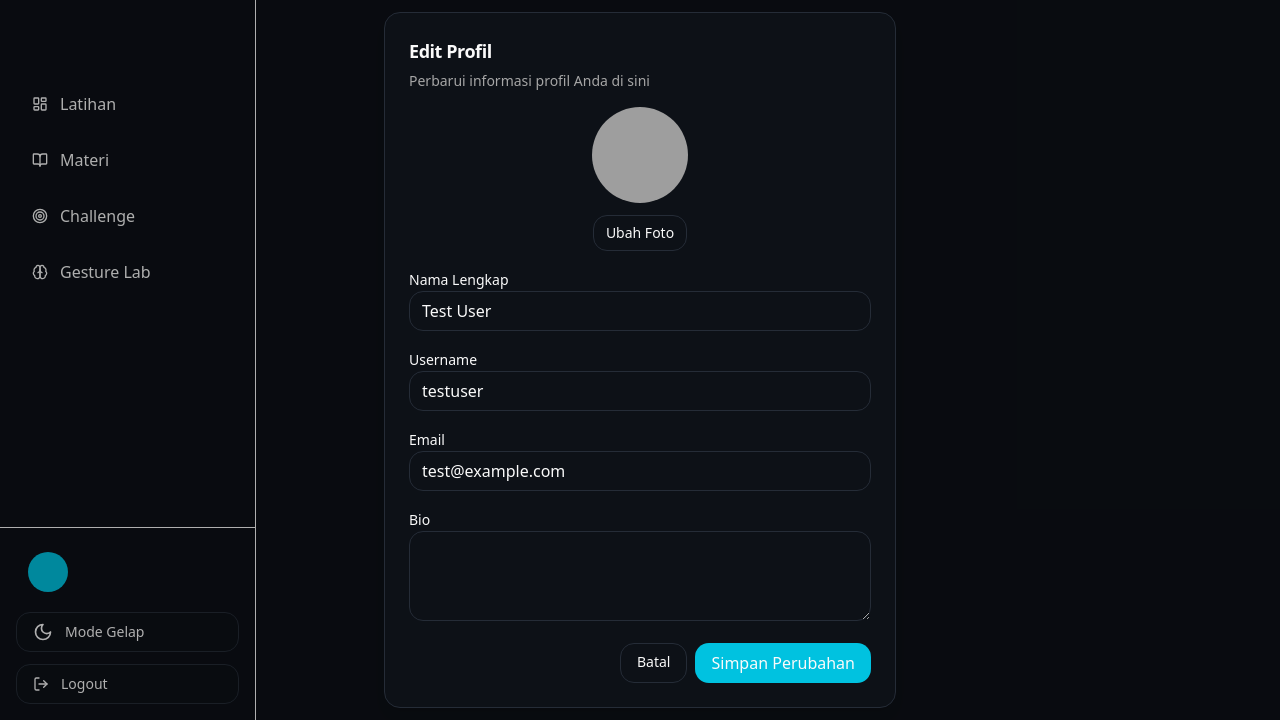
Repository: Tisna7/GESTURA
Page: http://localhost/profile/edit
An editor plug-in stored every save of this project. The page is shown before and after the next save, followed by the edit.
The browser window is 1280 px wide. The pictures show the whole page.
Pictures or frames that could not be fetched are drawn as grey boxes. The page is served by the project's Laravel application, run on PHP 8.4 with Laravel 12. A made-up administrator, Test User (test@example.com), is signed in. Other server files are loaded and not shown. Style sheets and scripts are compiled from the project's sources, by tool versions that may differ from the author's.

Above is the page before, as saved 2025-11-23 14:30:44.

### app/Providers/AppServiceProvider.php
<?php

namespace App\Providers;

use Illuminate\Support\ServiceProvider;

class AppServiceProvider extends ServiceProvider
{
    /**
     * Register any application services.
     */
    public function register(): void
    {

    }

    /**
     * Bootstrap any application services.
     */
    public function boot(): void
    {

    }
}

### routes/web.php
<?php

use Illuminate\Support\Facades\Route;
use App\Http\Controllers\AuthController;
use App\Http\Controllers\ProfileController;

Route::get('/', function () {
    return view('landingpage');
});

Route::get('/auth', [AuthController::class, 'showPage'])->name('auth.page');

// Route::post('/register', [AuthController::class, 'register'])->name('register');

// Route::post('/login', [AuthController::class, 'login'])->name('login');
// Route::post('/logout', [AuthController::class, 'logout'])->name('logout');


// REGISTER
Route::post('/register', [AuthController::class, 'register'])->name('auth.register');

// LOGIN
Route::post('/login', [AuthController::class, 'login'])->name('auth.login');

// LOGIN GUEST
Route::get('/login/guest', [AuthController::class, 'loginGuest'])->name('auth.guest');

// LOGOUT
Route::get('/logout', [AuthController::class, 'logout'])->name('auth.logout');


Route::get('/profile/edit', [ProfileController::class, 'edit'])->name('profile.edit');
Route::post('/profile/update', [ProfileController::class, 'update'])->name('profile.update');


Route::get('/profile', function () {
    return view('user.profile');
});
Route::get('/materi', function () {
    return view('user.materi');
});
Route::get('/gesturelab', function () {
    return view('user.gesture-lab-practice');
});
Route::get('/gesture-lab-translate', function () {
    return view('user.gesture-lab-translate');
});
Route::get('/materi-isi', function () {
    return view('user.materi-isi');
});
Route::get('/latihan', function () {
    return view('user.quiz');
});
Route::get('/Challenge', function () {
    return view('user.challenge');
});
Route::get('/Challenge-isi', function () {
    return view('user.challenge-isi');
});

### app/Http/Controllers/ProfileController.php
<?php

namespace App\Http\Controllers;

use Illuminate\Http\Request;
use Illuminate\Support\Facades\Auth;

class ProfileController extends Controller
{
    public function edit()
    {
        $user = Auth::user();
        return view('user.profile-edit', compact('user'));
    }

    public function update(Request $request)
    {
        $request->validate([
            'name'     => 'required|string|max:255',
            'username' => 'required|string|max:255|unique:users,username,' . Auth::id(),
            'bio'      => 'nullable|string|max:255',
        ]);

        $user = Auth::user();

        $user->update([
            'name'     => $request->name,
            'username' => $request->username,
            'bio'      => $request->bio,
        ]);

        return back()->with('success', 'Profile berhasil diperbarui!');
    }
}

### resources/views/user/profile-edit.blade.php
@extends('app')
@section('title', 'Edit Profil')

@section('content')

{{-- Sidebar --}}
<x-sidebar-user></x-sidebar-user>

{{-- Konten Halaman --}}
<div class="ml-[16rem] p-6">
    {{-- (optional) Isi konten lain di sini --}}
</div>

{{-- ======================== MODAL ======================== --}}
<div class="fixed inset-0 z-50 flex items-center justify-center bg-black/30">

    <div class="w-full max-w-lg bg-background border p-6 shadow-lg rounded-lg animate-in fade-in zoom-in">

        {{-- Header --}}
        <div class="flex flex-col space-y-1.5 text-center sm:text-left">
            <h2 class="text-lg font-semibold">Edit Profil</h2>
            <p class="text-sm text-muted-foreground">Perbarui informasi profil Anda di sini</p>
        </div>

        {{-- Form --}}
        <form action="{{ route('profile.update') }}" method="POST" class="mt-4">
            @csrf

            {{-- FOTO --}}
            <div class="flex flex-col items-center gap-3 mb-4">
                <span class="relative flex overflow-hidden rounded-full h-24 w-24 border-4 border-primary/20">
                    <img class="h-full w-full object-cover"
                         src="https://api.dicebear.com/7.x/avataaars/svg?seed={{ $user->username ?? 'user' }}">
                </span>

                <button type="button"
                    class="inline-flex items-center gap-2 border rounded-md h-9 px-3 text-sm hover:bg-accent hover:text-accent-foreground">
                     Ubah Foto
                </button>
            </div>

            {{-- INPUT --}}
            <div class="space-y-4">

                <div>
                    <label class="text-sm font-medium">Nama Lengkap</label>
                    <input type="text" name="name"
                        value="{{ old('name', $user->name) }}"
                        class="w-full h-10 rounded-md border px-3 py-2">
                </div>

                <div>
                    <label class="text-sm font-medium">Username</label>
                    <input type="text" name="username"
                        value="{{ old('username', $user->username) }}"
                        class="w-full h-10 rounded-md border px-3 py-2">
                </div>

                <div>
                    <label class="text-sm font-medium">Email</label>
                    <input type="email" name="email"
                        value="{{ old('email', $user->email) }}"
                        class="w-full h-10 rounded-md border px-3 py-2">
                </div>

                <div>
                    <label class="text-sm font-medium">Bio</label>
                    <textarea name="bio" rows="3"
                        class="w-full rounded-md border px-3 py-2">{{ old('bio', $user->bio) }}</textarea>
                </div>

            </div>

            {{-- BUTTONS --}}
            <div class="flex justify-end gap-2 pt-4">
                <a href="/profile"
                    class="border rounded-md px-4 py-2 text-sm hover:bg-accent">
                    Batal
                </a>
<a href="/profile">
                <button type="submit"
                    class="bg-primary text-white rounded-md px-4 py-2 hover:bg-primary/90">
                    Simpan Perubahan
                </button>
            </div>
</a>
        </form>

    </div>
</div>

@endsection

### resources/views/components/sidebar-user.blade.php
@php
    use Illuminate\Support\Facades\Auth;
@endphp



<aside
    class="fixed top-0 left-0 h-full bg-sidebar border-r border-sidebar-border shadow-medium z-40 transition-transform duration-300 -translate-x-full lg:translate-x-0 w-64">
    <div class="flex flex-col h-full">

        {{-- LOGO --}}
        <div class="hidden lg:flex items-center gap-2 p-6 border-b border-sidebar-border">
            <div class="w-10 h-10 rounded-full bg-gradient-hero flex items-center justify-center shadow-soft">
                <img src="{{ asset('images/logo.png') }}" alt="MindCare Logo" class="w-8 h-8">
            </div>
            <div>
                <span class="text-xl font-bold bg-gradient-to-r from-primary to-accent bg-clip-text text-transparent block">
                    MindCare
                </span>
            </div>
        </div>

        {{-- MENU --}}
        <nav class="flex-1 p-4 space-y-2 overflow-y-auto mt-16 lg:mt-0">

            {{-- Latihan --}}
            <a class="{{ request()->is('latihan') ? 'bg-sidebar-accent text-sidebar-accent-foreground font-medium shadow-soft'
                : 'text-sidebar-foreground hover:bg-sidebar-accent/50' }}
                flex items-center gap-3 px-4 py-3 rounded-xl transition-smooth"
                href="/latihan">

                <svg xmlns="http://www.w3.org/2000/svg" viewBox="0 0 24 24"
                    fill="none" stroke="currentColor" stroke-width="2"
                    stroke-linecap="round" stroke-linejoin="round"
                    class="lucide lucide-layout-dashboard w-4 h-4">
                    <rect width="7" height="9" x="3" y="3" rx="1"></rect>
                    <rect width="7" height="5" x="14" y="3" rx="1"></rect>
                    <rect width="7" height="9" x="14" y="12" rx="1"></rect>
                    <rect width="7" height="5" x="3" y="16" rx="1"></rect>
                </svg>

                <span>Latihan</span>
            </a>

            {{-- Materi --}}
            <a class="{{ request()->is('materi') ? 'bg-sidebar-accent text-sidebar-accent-foreground font-medium shadow-soft'
                : 'text-sidebar-foreground hover:bg-sidebar-accent/50' }}
                flex items-center gap-3 px-4 py-3 rounded-xl transition-smooth"
                href="/materi">

                <svg xmlns="http://www.w3.org/2000/svg" viewBox="0 0 24 24"
                    fill="none" stroke="currentColor" stroke-width="2"
                    stroke-linecap="round" stroke-linejoin="round"
                    class="lucide lucide-book-open w-4 h-4">
                    <path d="M12 7v14"></path>
                    <path
                        d="M3 18a1 1 0 0 1-1-1V4a1 1 0 0 1 1-1h5a4 4 0 0 1 4 4 4 4 0 0 1 4-4h5a1 1 0 0 1 1 1v13a1 1 0 0 1-1 1h-6a3 3 0 0 0-3 3 3 3 0 0 0-3-3z">
                    </path>
                </svg>

                <span>Materi</span>
            </a>

            {{-- Challenge --}}
            <a class="{{ request()->is('Challenge') ? 'bg-sidebar-accent text-sidebar-accent-foreground font-medium shadow-soft'
                : 'text-sidebar-foreground hover:bg-sidebar-accent/50' }}
                flex items-center gap-3 px-4 py-3 rounded-xl transition-smooth"
                href="/Challenge">

                <svg xmlns="http://www.w3.org/2000/svg" viewBox="0 0 24 24"
                    fill="none" stroke="currentColor" stroke-width="2"
                    stroke-linecap="round" stroke-linejoin="round"
                    class="lucide lucide-target w-4 h-4">
                    <circle cx="12" cy="12" r="10"></circle>
                    <circle cx="12" cy="12" r="6"></circle>
                    <circle cx="12" cy="12" r="2"></circle>
                </svg>

                <span>Challenge</span>
            </a>

            {{-- Gesture Lab --}}
            <a class="{{ request()->is('gesturelab') ? 'bg-sidebar-accent text-sidebar-accent-foreground font-medium shadow-soft'
                : 'text-sidebar-foreground hover:bg-sidebar-accent/50' }}
                flex items-center gap-3 px-4 py-3 rounded-xl transition-smooth"
                href="/gesturelab">

                <svg xmlns="http://www.w3.org/2000/svg" viewBox="0 0 24 24"
                    fill="none" stroke="currentColor" stroke-width="2"
                    stroke-linecap="round" stroke-linejoin="round"
                    class="lucide lucide-brain w-4 h-4">

                    <path d="M12 5a3 3 0 1 0-5.997.125 4 4 0 0 0-2.526 5.77 4 4 0 0 0 .556 6.588A4 4 0 1 0 12 18Z"></path>
                    <path d="M12 5a3 3 0 1 1 5.997.125 4 4 0 0 1 2.526 5.77 4 4 0 0 1-.556 6.588A4 4 0 1 1 12 18Z"></path>
                    <path d="M15 13a4.5 4.5 0 0 1-3-4 4.5 4.5 0 0 1-3 4"></path>

                </svg>

                <span>Gesture Lab</span>
            </a>
        </nav>

        {{-- BOTTOM SECTION --}}
        <div class="p-4 border-t border-sidebar-border space-y-3">

            {{-- User Button --}}
            <button
                class="w-full flex items-center gap-3 px-3 py-2 rounded-xl hover:bg-sidebar-accent transition-smooth"
                type="button">
                <span class="relative flex items-center justify-center shrink-0 overflow-hidden rounded-full w-10 h-10 bg-primary"></span>
                <div class="flex-1 text-left">
                    <p class="text-sm font-medium text-sidebar-foreground"></p>
                    <p class="text-xs text-muted-foreground"></p>
                </div>
            </button>

            {{-- Mode Gelap --}}
            <button
                class="inline-flex items-center whitespace-nowrap rounded-md text-sm font-medium border border-input bg-background hover:bg-accent hover:text-accent-foreground h-10 px-4 py-2 w-full justify-start gap-3 hover:bg-accent transition-smooth">
                <svg xmlns="http://www.w3.org/2000/svg" viewBox="0 0 24 24"
                    fill="none" stroke="currentColor" stroke-width="2"
                    stroke-linecap="round" stroke-linejoin="round"
                    class="lucide lucide-moon w-4 h-4">
                    <path d="M12 3a6 6 0 0 0 9 9 9 9 0 1 1-9-9Z"></path>
                </svg>
                <span>Mode Gelap</span>
            </button>

            {{-- Logout --}}
            <form action="" method="POST">
                @csrf
                <button type="submit"
                    class="inline-flex items-center whitespace-nowrap rounded-md text-sm font-medium border border-input bg-background hover:bg-accent hover:text-accent-foreground h-10 px-4 py-2 w-full justify-start gap-3">

                    <svg xmlns="http://www.w3.org/2000/svg" viewBox="0 0 24 24"
                        fill="none" stroke="currentColor" stroke-width="2"
                        stroke-linecap="round" stroke-linejoin="round"
                        class="lucide lucide-log-out w-4 h-4">
                        <path d="M9 21H5a2 2 0 0 1-2-2V5a2 2 0 0 1 2-2h4"></path>
                        <polyline points="16 17 21 12 16 7"></polyline>
                        <line x1="21" x2="9" y1="12" y2="12"></line>
                    </svg>

                    <span>Logout</span>
                </button>
            </form>

        </div>
    </div>
</aside>




<script>
    const html = document.documentElement;
    const toggleDark = document.querySelector('.hover\\:bg-accent'); // tombol "Mode Gelap"
    const icon = toggleDark.querySelector('svg');
    const label = toggleDark.querySelector('span');

    // Cek tema yang tersimpan
    const storedTheme = localStorage.getItem("theme");
    const systemPrefersDark = window.matchMedia("(prefers-color-scheme: dark)").matches;

    // Fungsi ubah tema
    function setTheme(dark) {
        if (dark) {
            html.classList.add("dark");
            localStorage.setItem("theme", "dark");
            label.textContent = "Mode Terang";
            icon.outerHTML = `
        <svg xmlns="http://www.w3.org/2000/svg" width="24" height="24"
          viewBox="0 0 24 24" fill="none" stroke="currentColor"
          stroke-width="2" stroke-linecap="round" stroke-linejoin="round"
          class="lucide lucide-sun w-5 h-5">
          <circle cx="12" cy="12" r="4"></circle>
          <path d="M12 2v2"></path>
          <path d="M12 20v2"></path>
          <path d="m4.93 4.93 1.41 1.41"></path>
          <path d="m17.66 17.66 1.41 1.41"></path>
          <path d="M2 12h2"></path>
          <path d="M20 12h2"></path>
          <path d="m6.34 17.66-1.41 1.41"></path>
          <path d="m19.07 4.93-1.41 1.41"></path>
        </svg>`;
        } else {
            html.classList.remove("dark");
            localStorage.setItem("theme", "light");
            label.textContent = "Mode Gelap";
            icon.outerHTML = `
        <svg xmlns="http://www.w3.org/2000/svg" width="24" height="24"
          viewBox="0 0 24 24" fill="none" stroke="currentColor"
          stroke-width="2" stroke-linecap="round" stroke-linejoin="round"
          class="lucide lucide-moon w-5 h-5">
          <path d="M12 3a6 6 0 0 0 9 9 9 9 0 1 1-9-9Z"></path>
        </svg>`;
        }
    }

    // Terapkan tema saat load pertama
    setTheme(storedTheme === "dark" || (!storedTheme && systemPrefersDark));

    // Tambahkan event listener untuk toggle
    toggleDark.addEventListener("click", () => {
        setTheme(!html.classList.contains("dark"));
    });
</script>

### resources/views/app.blade.php
<!DOCTYPE html>
<html lang="id">
<head>
  <meta charset="UTF-8">
  <meta name="viewport" content="width=device-width, initial-scale=1.0">
  <meta name="csrf-token" content="{{ csrf_token() }}">
  <link rel="icon" type="image/png" href="{{ asset('images/logo.png') }}">
  <title>@yield('title', 'GESTURA')</title>

  <!-- Tailwind CSS -->
  {{-- @vite('public/build/app-Lz3KVd0D.css') --}}
  {{-- <!-- @vite('resources/css/app.css') --> --}}
   {{-- <!-- @vite('public/build/assets/app-TBPMHXQo.css') --> --}}

  @vite(['resources/css/app.css', 'resources/css/theme.css'])

  <script defer src="https://cdn.jsdelivr.net/npm/alpinejs@3.x.x/dist/cdn.min.js"></script>

</head>
<body>
  @yield('content')
</body>
</html>

### resources/css/app.css
@import 'tailwindcss';
@import "./theme.css";

@source '../../vendor/laravel/framework/src/Illuminate/Pagination/resources/views/*.blade.php';
@source '../../storage/framework/views/*.php';
@source '../**/*.blade.php';
@source '../**/*.js';

@theme {
    --font-sans: 'Instrument Sans', ui-sans-serif, system-ui, sans-serif, 'Apple Color Emoji', 'Segoe UI Emoji',
        'Segoe UI Symbol', 'Noto Color Emoji';

    --color-background: #ffabcc;
}

Loaded but not shown: app/Models/User.php (common file); app/Http/Controllers/Controller.php (common file); resources/css/theme.css (library)

After the next save:
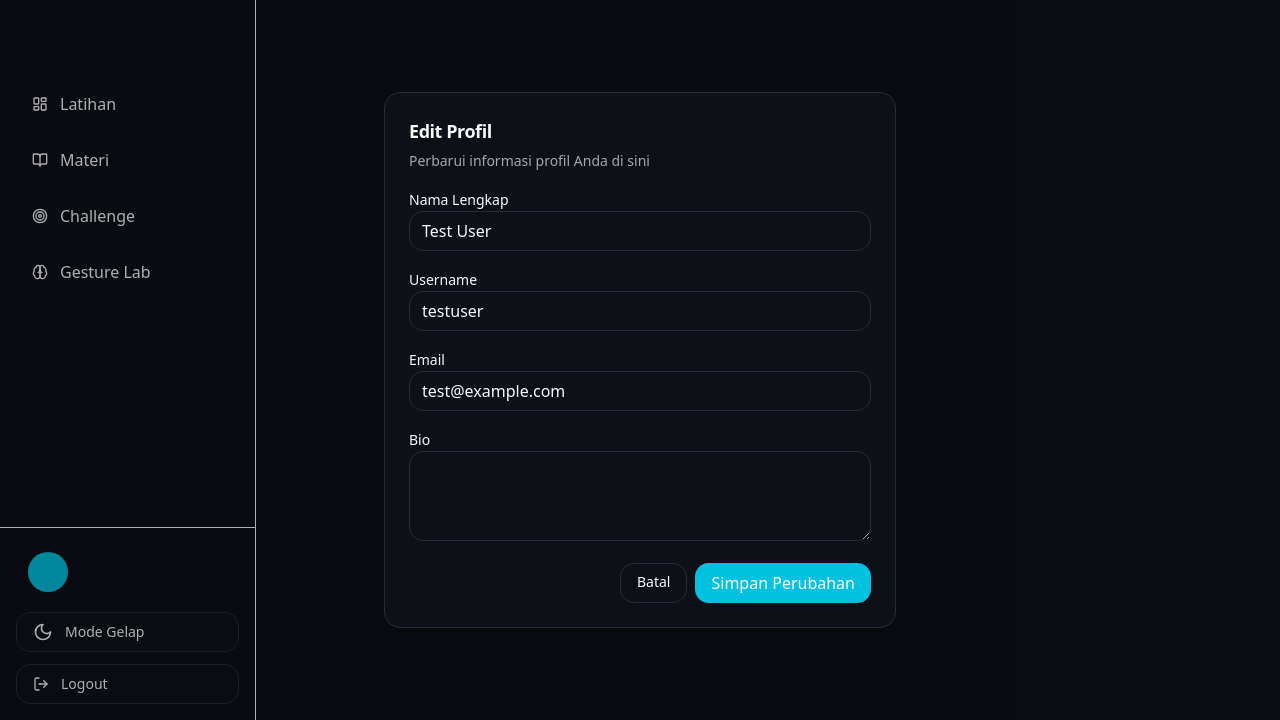
Saved 84 min 5 s later.
--- a/resources/views/user/profile-edit.blade.php
+++ b/resources/views/user/profile-edit.blade.php
@@ -27,17 +27,6 @@
             @csrf
 
             {{-- FOTO --}}
-            <div class="flex flex-col items-center gap-3 mb-4">
-                <span class="relative flex overflow-hidden rounded-full h-24 w-24 border-4 border-primary/20">
-                    <img class="h-full w-full object-cover"
-                         src="https://api.dicebear.com/7.x/avataaars/svg?seed={{ $user->username ?? 'user' }}">
-                </span>
-
-                <button type="button"
-                    class="inline-flex items-center gap-2 border rounded-md h-9 px-3 text-sm hover:bg-accent hover:text-accent-foreground">
-                     Ubah Foto
-                </button>
-            </div>
 
             {{-- INPUT --}}
             <div class="space-y-4">

After the 2 saves that followed:
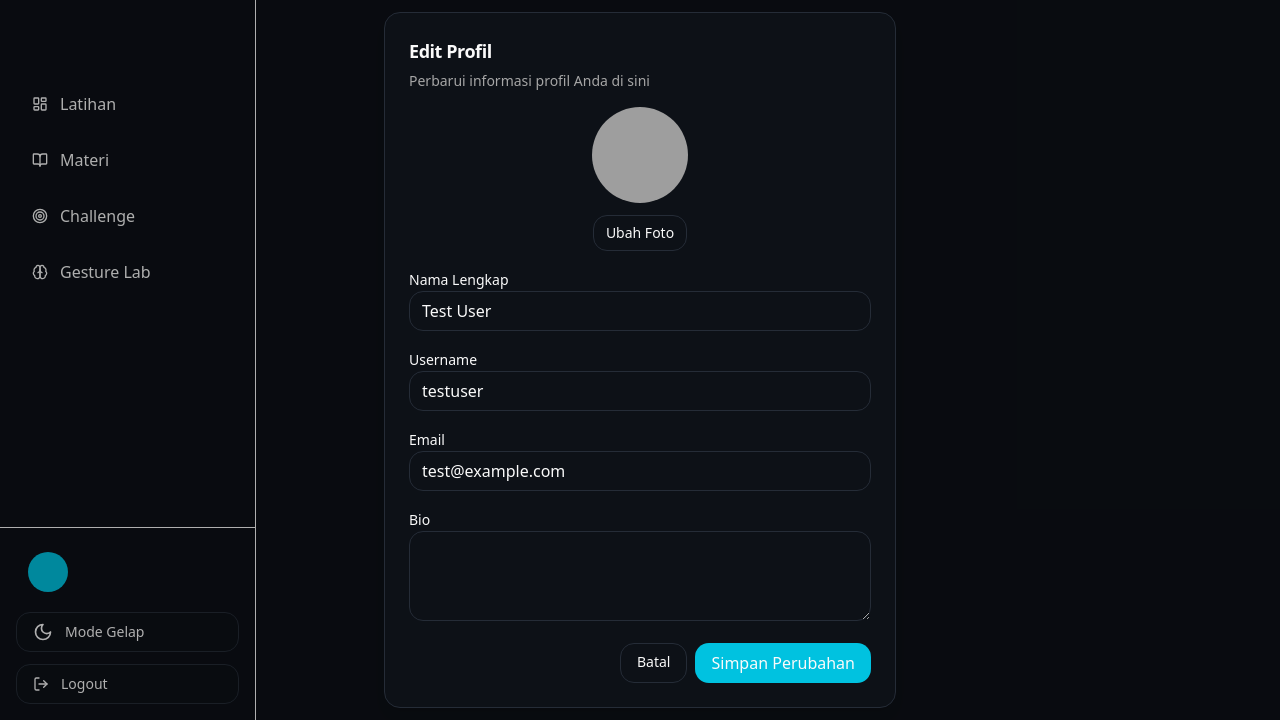
The 2 saves are shown as one change because 1 left the picture as it was.
The last was saved 51 s later.
--- a/resources/views/user/profile-edit.blade.php
+++ b/resources/views/user/profile-edit.blade.php
@@ -27,6 +27,17 @@
             @csrf
 
             {{-- FOTO --}}
+            <div class="flex flex-col items-center gap-3 mb-4">
+                <span class="relative flex overflow-hidden rounded-full h-24 w-24 border-4 border-primary/20">
+                    <img class="h-full w-full object-cover"
+                         src="https://api.dicebear.com/7.x/avataaars/svg?seed={{ $user->username ?? 'user' }}">
+                </span>
+
+                <button type="button"
+                    class="inline-flex items-center gap-2 border rounded-md h-9 px-3 text-sm hover:bg-accent hover:text-accent-foreground">
+                     Ubah Foto
+                </button>
+            </div>
 
             {{-- INPUT --}}
             <div class="space-y-4">
